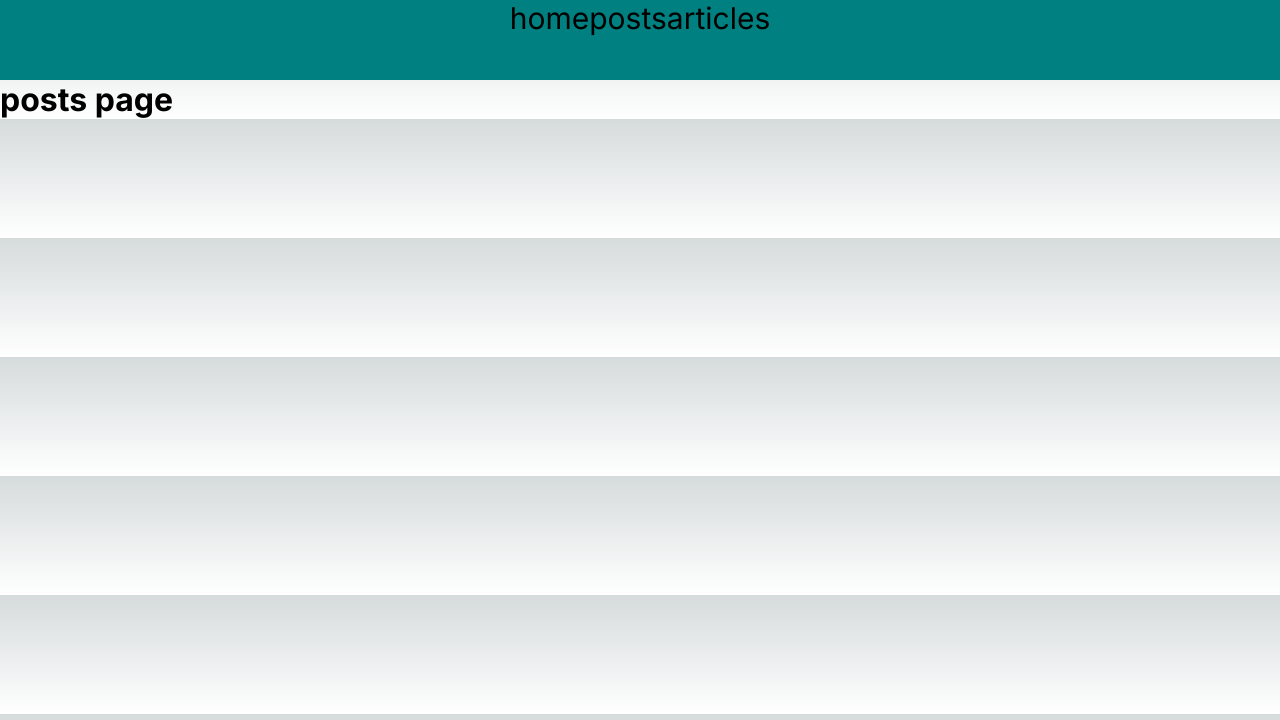
Repository: abdulrahmanmahmood/The-first-Next-js-app
Page: /posts
An editor plug-in stored every save of this project. The page is shown before and after a run of saves, followed by the edit.
The browser window is 1280 px wide. The pictures show the whole page.
The project was rebuilt for these pictures with package versions that can differ from the ones it lists, and the page was loaded fresh each time. The framework's server and built-in components were replaced by stand-ins that run in the browser. Also part of the build but not shown: next.config.js.

Above is the page before, as saved 2023-10-29 23:26:28.

### app/layout.js
import { Inter } from "next/font/google";
import "./globals.css";
import Link from "next/link";

const inter = Inter({ subsets: ["latin"] });

export const metadata = {
  title: "Create Next App",
  description: "Generated by create next app",
};

export default function RootLayout({ children }) {
  return (
    <html lang="en">
      <body className={inter.className}>
        <nav
          style={{
            width: "100%",
            background: "teal",
            fontSize: "30px",
            height: "80px",
            display: "flex",
            // flexDirection:"row",
            justifyContent:"center",
            alignItems:"center"
          }}
        >
          <ul            style={{
            // width: "100%",
            background: "teal",
            fontSize: "30px",
            height: "80px",
            display: "flex",
            // flexDirection:"row",
            justifyContent:"space-around",
            // alignItems:"center"
          }}>

              <Link href="/home">home</Link>


              <Link href="/posts">posts</Link>

              <Link href="/articles">articles</Link>

          </ul>
        </nav>
        {children}
      </body>
    </html>
  );
}

### app/posts/page.js

function page() {
  return (
    <div>
      <h1>posts page</h1>
    </div>
  )
}

export default page

Loaded but not shown: app/globals.css (common file)

After the next 2 saves:
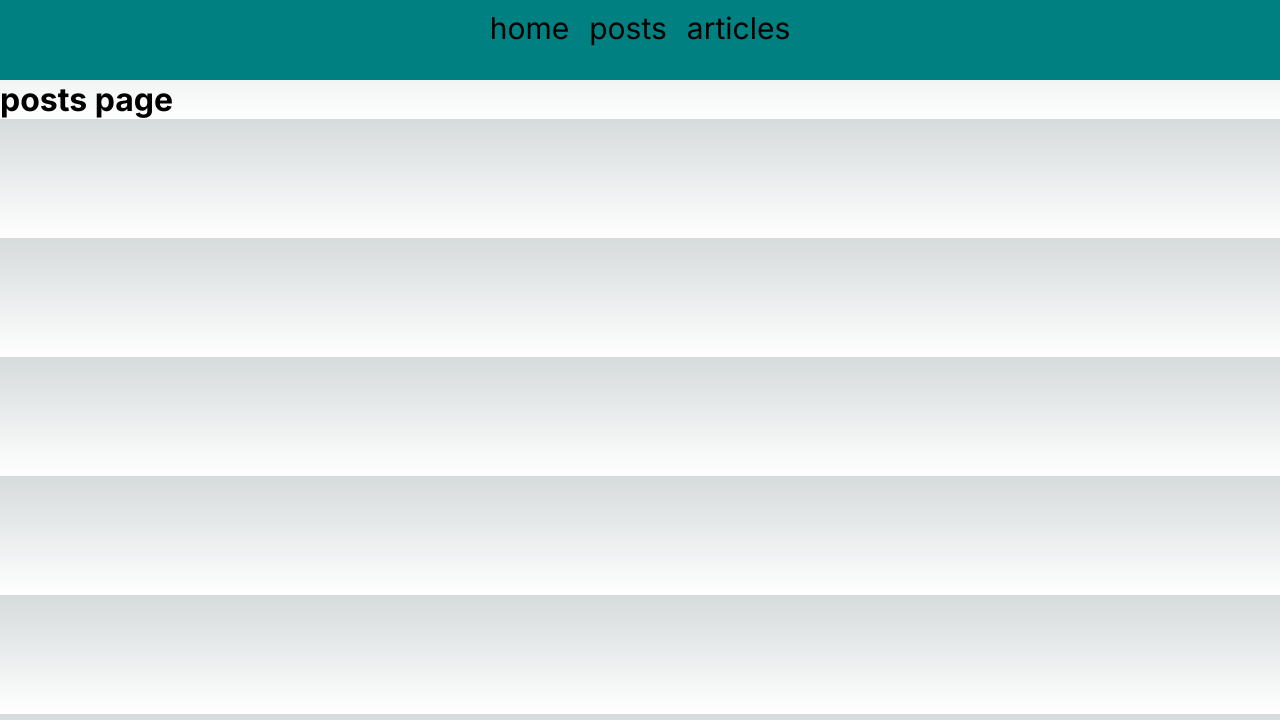
The 2 saves are shown as one change because they came seconds apart.
The last was saved 12 s later.
--- a/app/layout.js
+++ b/app/layout.js
@@ -36,12 +36,12 @@ export default function RootLayout({ children }) {
             // alignItems:"center"
           }}>
 
-              <Link href="/home">home</Link>
+              <Link style={{margin:"10px"}} href="/home">home</Link>
 
 
-              <Link href="/posts">posts</Link>
+              <Link style={{margin:"10px"}} href="/posts">posts</Link>
 
-              <Link href="/articles">articles</Link>
+              <Link style={{margin:"10px"}} href="/articles">articles</Link>
 
           </ul>
         </nav>
